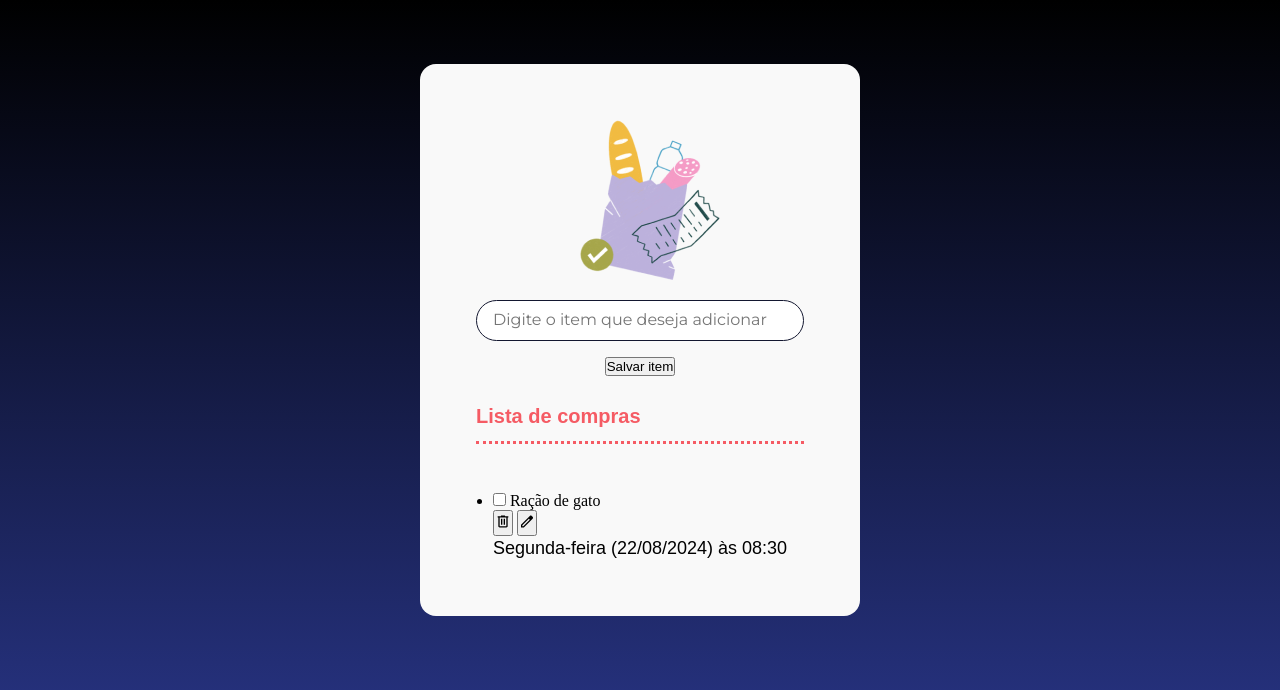
Repository: joaoPraiaJunior/compras_js
Page: index.html
An editor plug-in stored every save of this project. The page is shown before and after the next save, followed by the edit.
The browser window is 1280 px wide. The pictures show the whole page.
Some web fonts or font styles are not loaded; a fallback is used.

Above is the page before, as saved 2024-08-22 21:06:56.

After the next save:
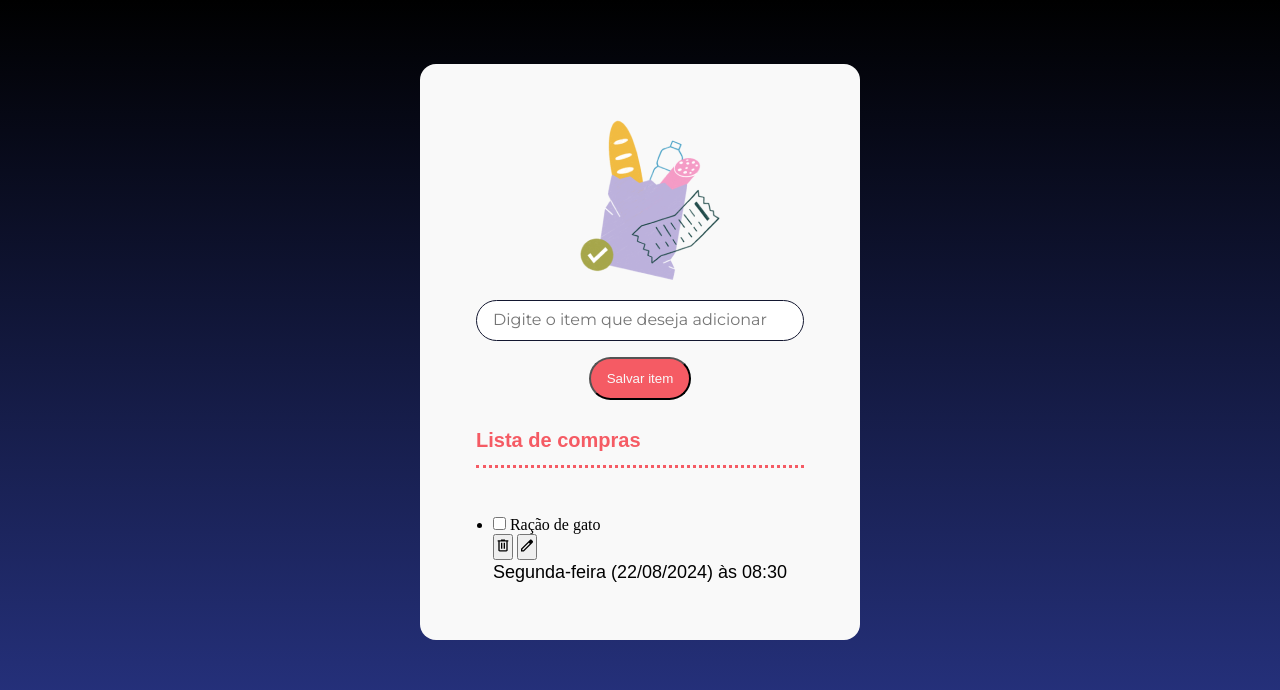
Saved 79 s later.
--- a/css/styles.css
+++ b/css/styles.css
@@ -98,4 +98,8 @@ p {
 
 .busca__botao {
     align-self: center;
+    color: var(--neutro);
+    background-color: var(--cor-primaria);
+    border-radius: 2.4rem;
+    padding: 1.2rem 1.6rem;
 }
